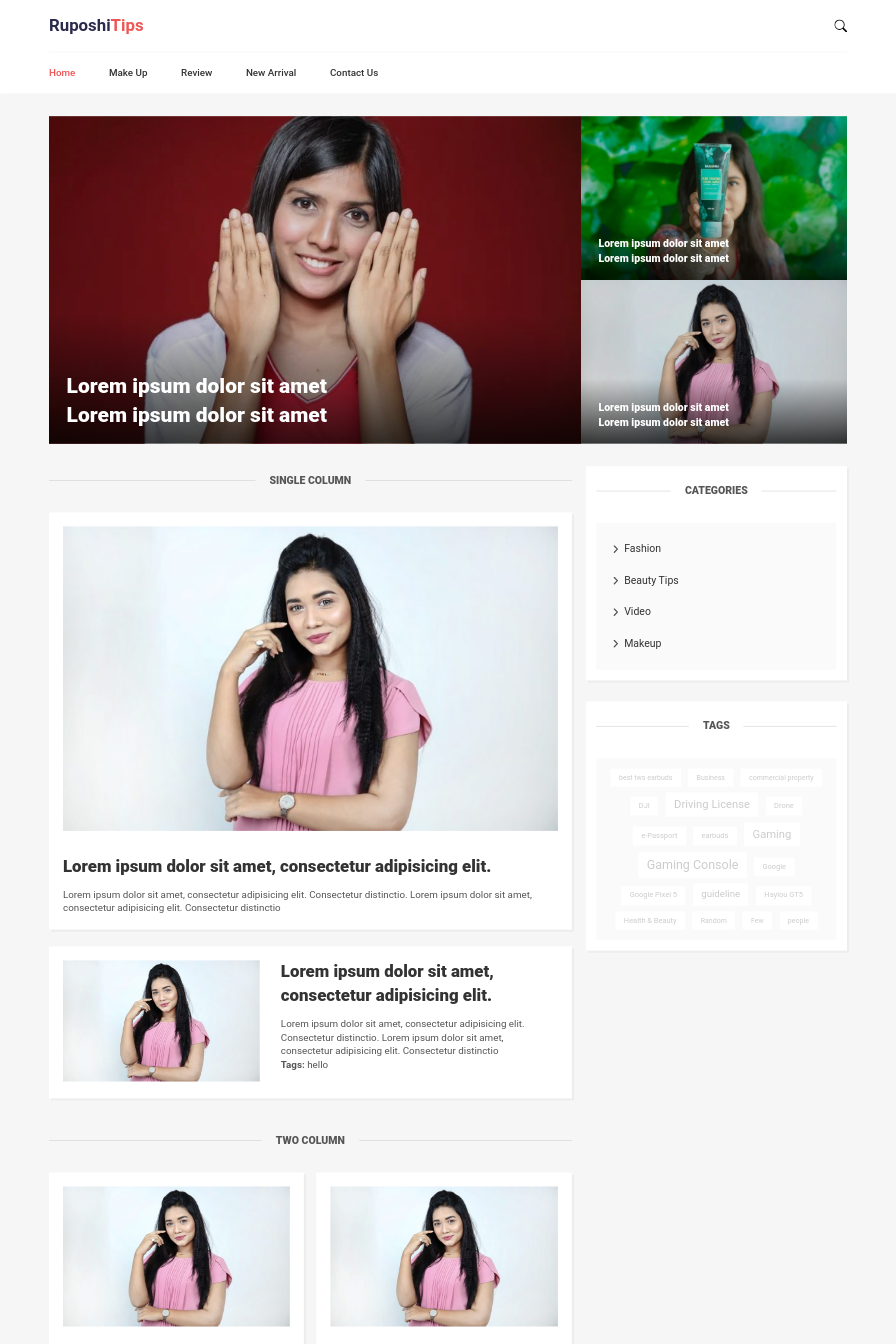
Repository: riff3r/wp-blog
Page: index.html
The author's editor kept a copy of each file at every save. The page is drawn from the files as they stood at one save, then again after a run of saves.
The browser window is 1280 px wide. The pictures show the part of the page from y = 0 to 1920 px (the page is 2953 px tall), at 70% of full size.

Above is the page before, as saved 2021-10-28 06:42:39.

After the next 2 saves:
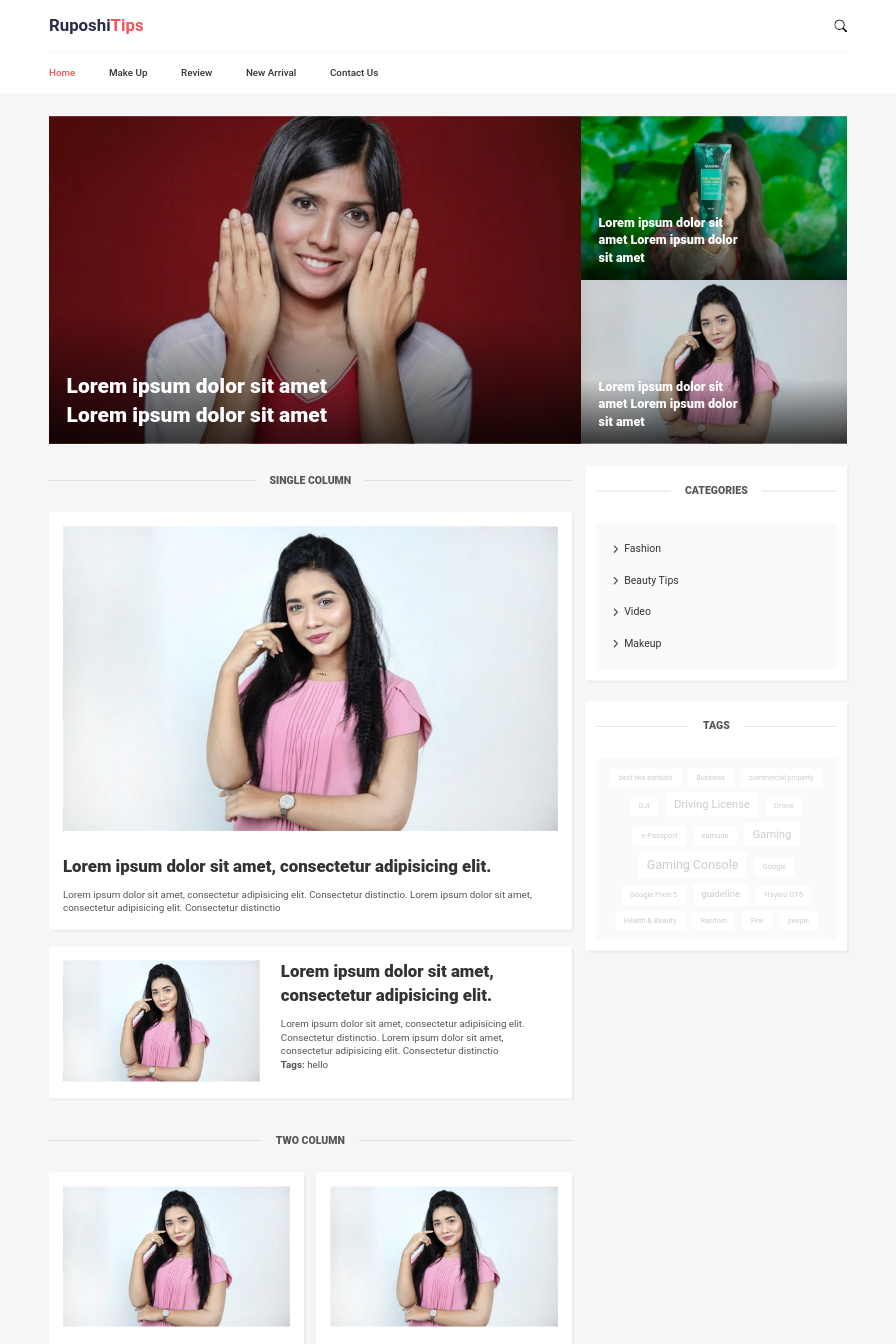
The 2 saves are shown as one change because they came seconds apart.
The last was saved 3 min 40 s later.
--- a/css/style.css
+++ b/css/style.css
@@ -317,7 +317,7 @@ a {
 
 .section-hero-post-2 .hero-heading h3,
 .section-hero-post-3 .hero-heading h3 {
-  font-size: 1.5rem;
+  font-size: 1.8rem;
 }
 
 .section-hero-box a {
